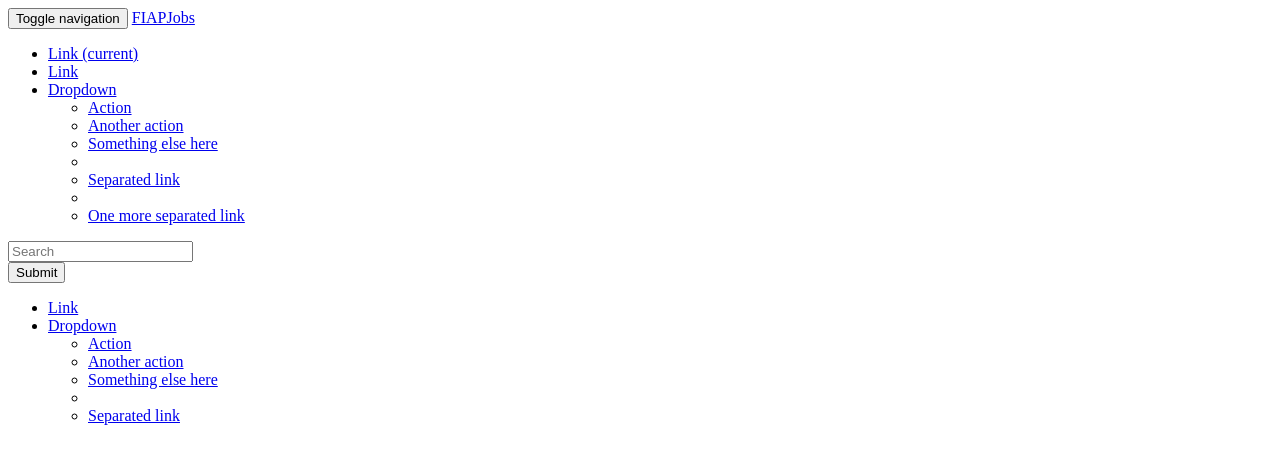
Repository: chrizera/1TDSF-Web
Page: http://localhost/FIAPJobs/menu.jsp
These files come from the project's save history. The page is drawn as it stood at one moment and after the next save; the edit follows.
The browser window is 1280 px wide. The pictures show the whole page.
The page is served by Tomcat 9.

Above is the page before, as saved 2016-10-06 12:00:29.

After the next save:
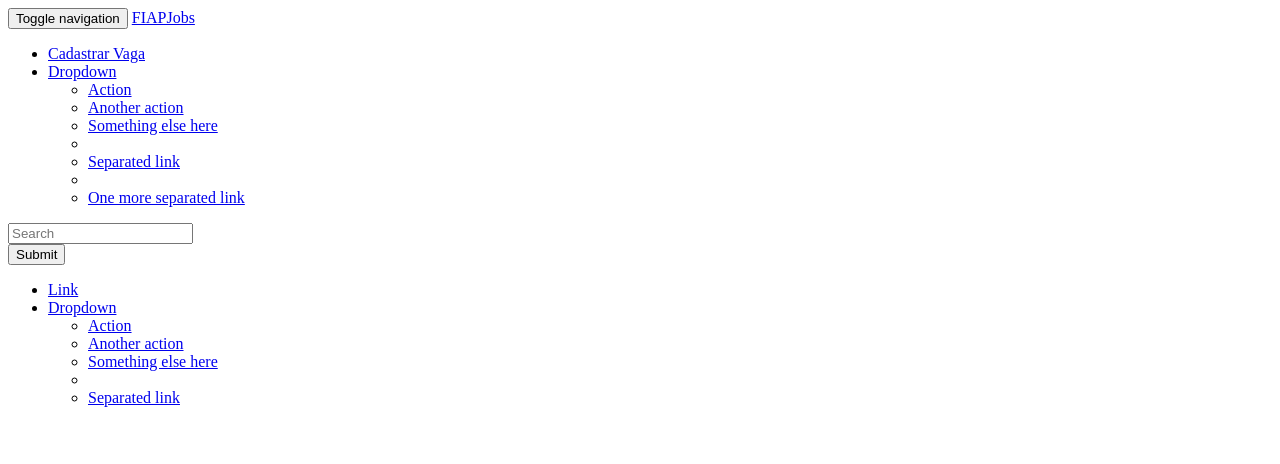
Saved 2 min 28 s later.
--- a/FIAPJobs/WebContent/menu.jsp
+++ b/FIAPJobs/WebContent/menu.jsp
@@ -14,8 +14,7 @@
     <!-- Collect the nav links, forms, and other content for toggling -->
     <div class="collapse navbar-collapse" id="bs-example-navbar-collapse-1">
       <ul class="nav navbar-nav">
-        <li class="active"><a href="#">Link <span class="sr-only">(current)</span></a></li>
-        <li><a href="#">Link</a></li>
+        <li><a href="vagaServlet?acao=abrir-cadastro">Cadastrar Vaga</a></li>
         <li class="dropdown">
           <a href="#" class="dropdown-toggle" data-toggle="dropdown" role="button" aria-haspopup="true" aria-expanded="false">Dropdown <span class="caret"></span></a>
           <ul class="dropdown-menu">
